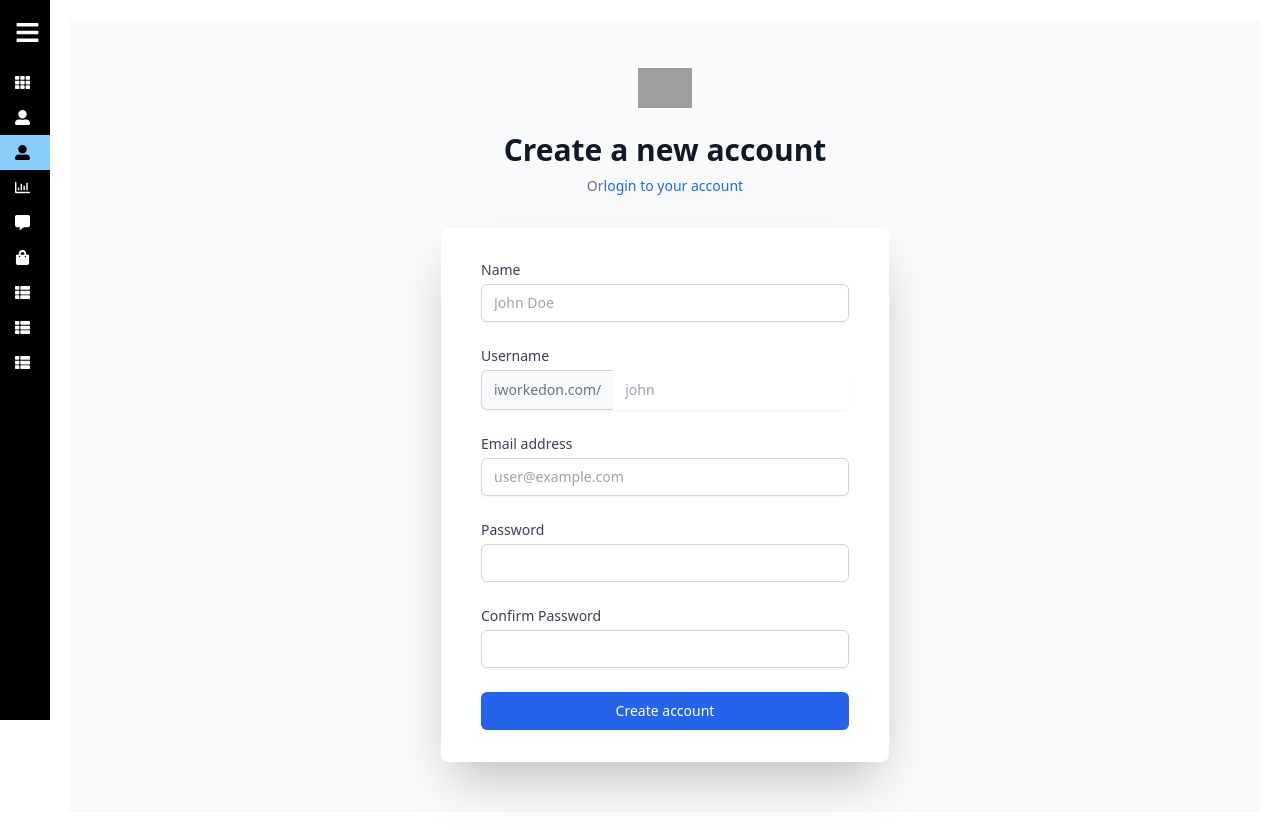
Repository: AndargWorku12/admin-dashboard
Page: /signup
An editor plug-in stored every save of this project. The page is shown before and after the next save, followed by the edit.
The browser window is 1280 px wide. The pictures show the whole page.
Pictures or frames that could not be fetched are drawn as grey boxes. The project was rebuilt for these pictures with package versions that can differ from the ones it lists, and the page was loaded fresh each time. Also part of the build but not shown: src/pages/Dashboard.tsx, src/pages/Orders.tsx, src/pages/Category.tsx, src/pages/Login.tsx, src/pages/Analytics.tsx, src/pages/CustemerReview.tsx, src/pages/ProductList.tsx, src/pages/ShopCard.tsx.

Above is the page before, as saved 2024-01-26 03:56:10.

### src/index.tsx
import { ColorModeScript } from "@chakra-ui/react"
import * as React from "react"
import * as ReactDOM from "react-dom/client"
import App from "./App"
import './index.css'

const container = document.getElementById("root")
if (!container) throw new Error('Failed to find the root element');
const root = ReactDOM.createRoot(container)

root.render(

  <React.StrictMode>
    <ColorModeScript />
    <App />
  </React.StrictMode>,

)

### src/components/Sidebar.tsx
import React, { useState } from 'react';
import ReactNode from "react";
import {
    FaTh,
    FaBars,
    FaUserAlt,
    FaRegChartBar,
    FaCommentAlt,
    FaShoppingBag,
    FaThList
} from 'react-icons/fa';
import { NavLink, NavLinkProps } from 'react-router-dom';



interface MenuItem {
    path: string;
    name: string;
    icon: JSX.Element;
}

interface SidebarProps {
  children: React.ReactNode;
}
    const Sidebar: React.FC<React.PropsWithChildren<{}>> = ({ children }) => {
    const [isOpen, setIsOpen] = useState(false);

    const toggle = () => setIsOpen(!isOpen);

    const menuItems: MenuItem[] = [
        {
            path: '/',
            name: 'Dashboard',
            icon: <FaTh />,
        },
        {
            path: '/login',
            name: 'Login',
            icon: <FaUserAlt />,
        },
        {
          path: '/signup',
          name: 'Register form',
          icon: <FaUserAlt />,
      },
        {
            path: '/analytics',
            name: 'Analytics',
            icon: <FaRegChartBar />,
        },
        {
            path: '/review',
            name: 'CustemerReview',
            icon: <FaCommentAlt />,
        },
        {
            path: '/product',
            name: 'Product',
            icon: <FaShoppingBag />,
        },
        {
            path: '/category',
            name: 'Category List',
            icon: <FaThList />,
        },
        {
          path: '/orders',
          name: 'Orders',
          icon: <FaThList />,
      },
      {
        path: '/shop',
        name: 'Sample product',
        icon: <FaThList />,
    },
    ];

    return (
        <div className="container">
            <div style={{ width: isOpen ? '200px' : '50px' }} className="sidebar">
                <div className="top_section">
                    <h1 style={{ display: isOpen ? 'block' : 'none' }} className="logo">
                        Logo
                    </h1>
                    <div style={{ marginLeft: isOpen ? '50px' : '0px' }} className="bars">
                        <FaBars onClick={toggle} />
                    </div>
                </div>
                {menuItems.map((item, index) => (
                    <NavLink to={item.path} key={index} className="link"
                    //  activeClassName="active"
                     >
                        <div className="icon">{item.icon}</div>
                        <div style={{ display: isOpen ? 'block' : 'none' }} className="link_text text-sm">
                            {item.name}
                        </div>
                    </NavLink>
                ))}
            </div>
            <main>{children}</main>
        </div>
    );
};

export default Sidebar;

### src/App.css
* {
    margin: 0;
    padding: 0;
    text-decoration: none;
}

.container {
    display: flex;
}

main {
    width: 100%;
    padding: 20px;
}

.sidebar {
    background: #000;
    color: #fff;
    height: 100vh;
    width: 200px;
    transition: all 0.5s;
}

.top_section {
    display: flex;
    align-items: center;
    padding: 20px 15px;
}

.logo {
    font-size: 30px;
}

.bars {
    display: flex;
    font-size: 25px;
    margin-left: 50px;
}

.link {
    display: flex;
    color: #fff;
    padding: 10px 15px;
    gap: 15px;
    transition: all 0.5s;
}

.link:hover {
    background: lightskyblue;
    color: #000;
    transition: all 0.5s;
}

.active {
    background: lightskyblue;
    color: #000;
}

.icon,
.link_text {
    font-size: 15px;
}

### src/pages/SignUpForm.tsx

import React from 'react';

const SignUp: React.FC = () => {
  return (
    <div className="min-h-screen bg-gray-50 flex flex-col justify-center py-12 sm:px-6 lg:px-8 shadow-sm">
      <div className="sm:mx-auto sm:w-full sm:max-w-md">
        <img
          className="mx-auto h-10 w-auto"
          src="https://www.svgrepo.com/show/301692/login.svg"
          alt="Workflow"
        />
        <h2 className="mt-6 text-center text-3xl leading-9 font-extrabold text-gray-900">
          Create a new account
        </h2>
        <p className="mt-2 text-center text-sm leading-5 text-gray-500 max-w">
          Or
          <a
            href="#"
            className="font-medium text-blue-600 hover:text-blue-500 focus:outline-none focus:underline transition ease-in-out duration-150"
          >
            login to your account
          </a>
        </p>
      </div>

      <div className="mt-8 sm:mx-auto sm:w-full sm:max-w-md">
        <div className="bg-white py-8 px-4 sm:rounded-lg sm:px-10 shadow-2xl">
          <form method="POST" action="#">
            <div>
              <label htmlFor="name" className="block text-sm font-medium leading-5 text-gray-700">
                Name
              </label>
              <div className="mt-1 relative rounded-md shadow-sm">
                <input
                  id="name"
                  name="name"
                  placeholder="John Doe"
                  type="text"
                  required
                  value=""
                  className="appearance-none block w-full px-3 py-2 border border-gray-300 rounded-md placeholder-gray-400 focus:outline-none focus:shadow-outline-blue focus:border-blue-300 transition duration-150 ease-in-out sm:text-sm sm:leading-5"
                />
                <div className="hidden absolute inset-y-0 right-0 pr-3 flex items-center pointer-events-none">
                  <svg className="h-5 w-5 text-red-500" fill="currentColor" viewBox="0 0 20 20">
                    <path
                      fillRule="evenodd"
                      d="M18 10a8 8 0 11-16 0 8 8 0 0116 0zm-7 4a1 1 0 11-2 0 1 1 0 012 0zm-1-9a1 1 0 00-1 1v4a1 1 0 102 0V6a1 1 0 00-1-1z"
                      clipRule="evenodd"
                    />
                  </svg>
                </div>
              </div>
            </div>

            <div className="mt-6">
              <label htmlFor="username" className="block text-sm font-medium leading-5 text-gray-700">
                Username
              </label>
              <div className="mt-1 flex rounded-md shadow-sm">
                <span className="inline-flex h-10 items-center px-3 rounded-l-md border border-r-0 border-gray-300 bg-gray-50 text-gray-500 sm:text-sm">
                  iworkedon.com/
                </span>
                <input
                  id="username"
                  name="username"
                  placeholder="john"
                  type="text"
                  required
                  value=""
                  className="flex-1 form-input pl-3 block w-full rounded-none rounded-r-md transition duration-150 ease-in-out sm:text-sm sm:leading-5"
                />
              </div>
            </div>

            <div className="mt-6">
              <label htmlFor="email" className="block text-sm font-medium leading-5 text-gray-700">
                Email address
              </label>
              <div className="mt-1 relative rounded-md shadow-sm">
                <input
                  id="email"
                  name="email"
                  placeholder="user@example.com"
                  type="email"
                  required
                  value=""
                  className="appearance-none block w-full px-3 py-2 border border-gray-300 rounded-md placeholder-gray-400 focus:outline-none focus:shadow-outline-blue focus:border-blue-300 transition duration-150 ease-in-out sm:text-sm sm:leading-5"
                />
                <div className="hidden absolute inset-y-0 right-0 pr-3 flex items-center pointer-events-none">
                  <svg className="h-5 w-5 text-red-500" fill="currentColor" viewBox="0 0 20 20">
                    <path
                      fillRule="evenodd"
                      d="M18 10a8 8 0 11-16 0 8 8 0 0116 0zm-7 4a1 1 0 11-2 0 1 1 0 012 0zm-1-9a1 1 0 00-1 1v4a1 1 0 102 0V6a1 1 0 00-1-1z"
                      clipRule="evenodd"
                    ></path>
                  </svg>
                </div>
              </div>
            </div>

            <div className="mt-6">
              <label htmlFor="password" className="block text-sm font-medium leading-5 text-gray-700">
                Password
              </label>
              <div className="mt-1 rounded-md shadow-sm">
                <input
                  id="password"
                  name="password"
                  type="password"
                  required
                  className="appearance-none block w-full px-3 py-2 border border-gray-300 rounded-md placeholder-gray-400 focus:outline-none focus:shadow-outline-blue focus:border-blue-300 transition duration-150 ease-in-out sm:text-sm sm:leading-5"
                />
              </div>
            </div>

            <div className="mt-6">
              <label
                htmlFor="password_confirmation"
                className="block text-sm font-medium leading-5 text-gray-700"
              >
                Confirm Password
              </label>
              <div className="mt-1 rounded-md shadow-sm">
                <input
                  id="password_confirmation"
                  name="password_confirmation"
                  type="password"
                  required
                  className="appearance-none block w-full px-3 py-2 border border-gray-300 rounded-md placeholder-gray-400 focus:outline-none focus:shadow-outline-blue focus:border-blue-300 transition duration-150 ease-in-out sm:text-sm sm:leading-5"
                />
              </div>
            </div>

            <div className="mt-6">
              <span className="block w-full rounded-md shadow-sm">
                <button
                  type="submit"
                  className="w-full flex justify-center py-2 px-4 border border-transparent text-sm font-medium rounded-md text-white bg-blue-600 hover:bg-blue-500 focus:outline-none focus:border-indigo-700 focus:shadow-outline-indigo active:bg-indigo-700 transition duration-150 ease-in-out"
                >
                  Create account
                </button>
              </span>
            </div>
          </form>
        </div>
      </div>
    </div>
  );
};

export default SignUp;



// import React from 'react';

// const SignUpForm: React.FC = () => {
//   return (
//     <div className="px-80 pt-40">

//     <div className="w-96 backdrop-blur-lg bg-opacity-80 rounded-lg shadow-lg p-5 bg-gray-900 text-white">
//       <h2 className="text-2xl font-bold pb-5">SignUp</h2>
//       <form>
//         <div className="mb-4">
//           <label htmlFor="name" className="block mb-2 text-sm font-medium">
//             Your name
//           </label>
//           <input
//             type="text"
//             id="name"
//             className="bg-gray-100 border border-gray-300 text-gray-900 text-sm rounded-lg focus:ring-2 focus:ring-blue-500 focus:border-blue-500 w-full py-2.5 px-4"
//             placeholder="Andrew Jackson"
//             required
//             value=""
//           />
//         </div>
//         <div className="mb-4">
//           <label htmlFor="email" className="block mb-2 text-sm font-medium">
//             Your email
//           </label>
//           <input
//             type="email"
//             id="email"
//             className="bg-gray-100 border border-gray-300 text-gray-900 text-sm rounded-lg focus:ring-2 focus:ring-blue-500 focus:border-blue-500 w-full py-2.5 px-4"
//             placeholder="andrew@mail.com"
//             required
//             value=""
//           />
//         </div>
//         <div className="mb-4">
//           <label htmlFor="password" className="block mb-2 text-sm font-medium">
//             Your password
//           </label>
//           <input
//             type="password"
//             id="password"
//             className="bg-gray-100 border border-gray-300 text-gray-900 text-sm rounded-lg focus:ring-2 focus:ring-blue-500 focus:border-blue-500 w-full py-2.5 px-4"
//             placeholder="*********"
//             required
//             value=""
//           />
//         </div>
//         <div>
//           <p className="text-red-500 pb-5"></p>
//         </div>
//         <div className="flex items-center justify-between mb-4">
//           <button
//             type="submit"
//             className="text-white bg-purple-600 hover:bg-purple-700 focus:ring-2 focus:ring-blue-300 font-medium rounded-lg text-sm py-2.5 px-5 w-full sm:w-auto"
//           >
//             Register
//           </button>
//           <div className="flex items-center text-sm">
//             <p>Already have an account?</p>
//             <p className="underline cursor-pointer ml-1">Sign in</p>
//           </div>
//         </div>
//       </form>
//     </div>
//     </div>
//   );
// };

// export default SignUpForm;













// // import React from 'react';

// // const Signup: React.FC = () => {
// //   return (
// //     <div className="min-h-screen bg-gray-50 flex flex-col justify-center py-12 sm:px-6 lg:px-8">
// //       <div className="sm:mx-auto sm:w-full sm:max-w-md">
// //         <img
// //           className="mx-auto h-10 w-auto"
// //           src="https://www.svgrepo.com/show/301692/login.svg"
// //           alt="Workflow"
// //         />
// //         <h2 className="mt-6 text-center text-3xl leading-9 font-extrabold text-gray-900">
// //           Create a new account
// //         </h2>
// //         <p className="mt-2 text-center text-sm leading-5 text-gray-500 max-w">
// //           Or
// //           <a
// //             href="#"
// //             className="font-medium text-blue-600 hover:text-blue-500 focus:outline-none focus:underline transition ease-in-out duration-150"
// //           >
// //             login to your account
// //           </a>
// //         </p>
// //       </div>

// //       <div className="mt-8 sm:mx-auto sm:w-full sm:max-w-md">
// //         <div className="bg-white py-8 px-4 shadow sm:rounded-lg sm:px-10">
// //           <form method="POST" action="#">
// //             <div>
// //               <label htmlFor="name" className="block text-sm font-medium leading-5 text-gray-700">
// //                 Name
// //               </label>
// //               <div className="mt-1 relative rounded-md shadow-sm">
// //                 <input
// //                   id="name"
// //                   name="name"
// //                   placeholder="John Doe"
// //                   type="text"

// //                   value=""
// //                   className="appearance-none block w-full px-3 py-2 border border-gray-300 rounded-md placeholder-gray-400 focus:outline-none focus:shadow-outline-blue focus:border-blue-300 transition duration-150 ease-in-out sm:text-sm sm:leading-5"
// //                 />
// //                 <div className="hidden absolute inset-y-0 right-0 pr-3 flex items-center pointer-events-none">
// //                   <svg className="h-5 w-5 text-red-500" fill="currentColor" viewBox="0 0 20 20">
// //                     <path
// //                       fillRule="evenodd"
// //                       d="M18 10a8 8 0 11-16 0 8 8 0 0116 0zm-7 4a1 1 0 11-2 0 1 1 0 012 0zm-1-9a1 1 0 00-1 1v4a1 1 0 102 0V6a1 1 0 00-1-1z"
// //                       clipRule="evenodd"
// //                     ></path>
// //                   </svg>
// //                 </div>
// //               </div>
// //             </div>

// //             <div className="mt-6">
// //               <label htmlFor="username" className="block text-sm font-medium leading-5 text-gray-700">
// //                 Username
// //               </label>
// //               <div className="mt-1 flex rounded-md shadow-sm">
// //                 <span className="inline-flex h-10 items-center px-3 rounded-l-md border border-r-0 border-gray-300 bg-gray-50 text-gray-500 sm:text-sm">
// //                   iworkedon.com/
// //                 </span>
// //                 <input
// //                   id="username"
// //                   name="username"
// //                   placeholder="john"
// //                   type="text"

// //                   value=""
// //                   className="flex-1 form-input pl-3 block w-full rounded-none rounded-r-md transition duration-150 ease-in-out sm:text-sm sm:leading-5"
// //                 />
// //               </div>
// //             </div>

// //             <div className="mt-6">
// //               <label htmlFor="email" className="block text-sm font-medium leading-5 text-gray-700">
// //                 Email address
// //               </label>
// //               <div className="mt-1 relative rounded-md shadow-sm">
// //                 <input
// //                   id="email"
// //                   name="email"
// //                   placeholder="user@example.com"
// //                   type="email"

// //                   value=""
// //                   className="appearance-none block w-full px-3 py-2 border border-gray-300 rounded-md placeholder-gray-400 focus:outline-none focus:shadow-outline-blue focus:border-blue-300 transition duration-150 ease-in-out sm:text-sm sm:leading-5"
// //                 />
// //                 <div className="hidden absolute inset-y-0 right-0 pr-3 flex items-center pointer-events-none">
// //                   <svg className="h-5 w-5 text-red-500" fill="currentColor" viewBox="0 0 20 20">
// //                     <path
// //                       fillRule="evenodd"
// //                       d="M18 10a8 8 0 11-16 0 8 8 0 0116 0zm-7 4a1 1 0 11-2 0 1 1 0 012 0zm-1-9a1 1 0 00-1 1v4a1 1 0 102 0V6a1 1 0 00-1-1z"
// //                       clipRule="evenodd"
// //                     ></path>
// //                   </svg>
// //                 </div>
// //               </div>
// //             </div>

// //             <div className="mt-6">
// //               <label htmlFor="password" className="block text-sm font-medium leading-5 text-gray-700">
// //                 Password
// //               </label>
// //               <div className="mt-1 rounded-md shadow-sm">
// //                 <input
// //                   id="password"
// //                   name="password"
// //                   type="password"

// //                   className="appearance-none block w-full px-3 py-2 border border-gray-300 rounded-md placeholder-gray-400 focus:outline-none focus:shadow-outline-blue focus:border-blue-300 transition duration-150 ease-in-out sm:text-sm sm:leading-5"
// //                 />
// //               </div>
// //             </div>

// //             <div className="mt-6">
// //               <label htmlFor="password_confirmation" className="block text-sm font-medium leading-5 text-gray-700">
// //                 Confirm Password
// //               </label>
// //               <div className="mt-1 rounded-md shadow-sm">
// //                 <input
// //                   id="password_confirmation"
// //                   name="password_confirmation"
// //                   type="password"

// //                   className="appearance-none block w-full px-3 py-2 border border-gray-300 rounded-md placeholder-gray-400 focus:outline-none focus:shadow-outline-blue focus:border-blue-300 transition duration-150 ease-in-out sm:text-sm sm:leading-5"
// //                 />
// //               </div>
// //             </div>

// //             <div className="mt-6">
// //               <span className="block w-full rounded-md shadow-sm">
// //                 <button
// //                   type="submit"
// //                   className="w-full flex justify-center py-2 px-4 border border-transparent text-sm font-medium rounded-md text-white bg-blue-600 hover:bg-blue-500 focus:outline-none focus:border-indigo-700 focus:shadow-outline-indigo active:bg-indigo-700 transition duration-150 ease-in-out"
// //                 >
// //                   Create account
// //                 </button>
// //               </span>
// //             </div>
// //           </form>
// //         </div>
// //       </div>
// //     </div>
// //   );
// // };

// // export default Signup;

Loaded but not shown: public/index.html (common file); src/index.css (common file); tailwind.config.js (common file); src/App.tsx (333 lines, source omitted)

After the next save:
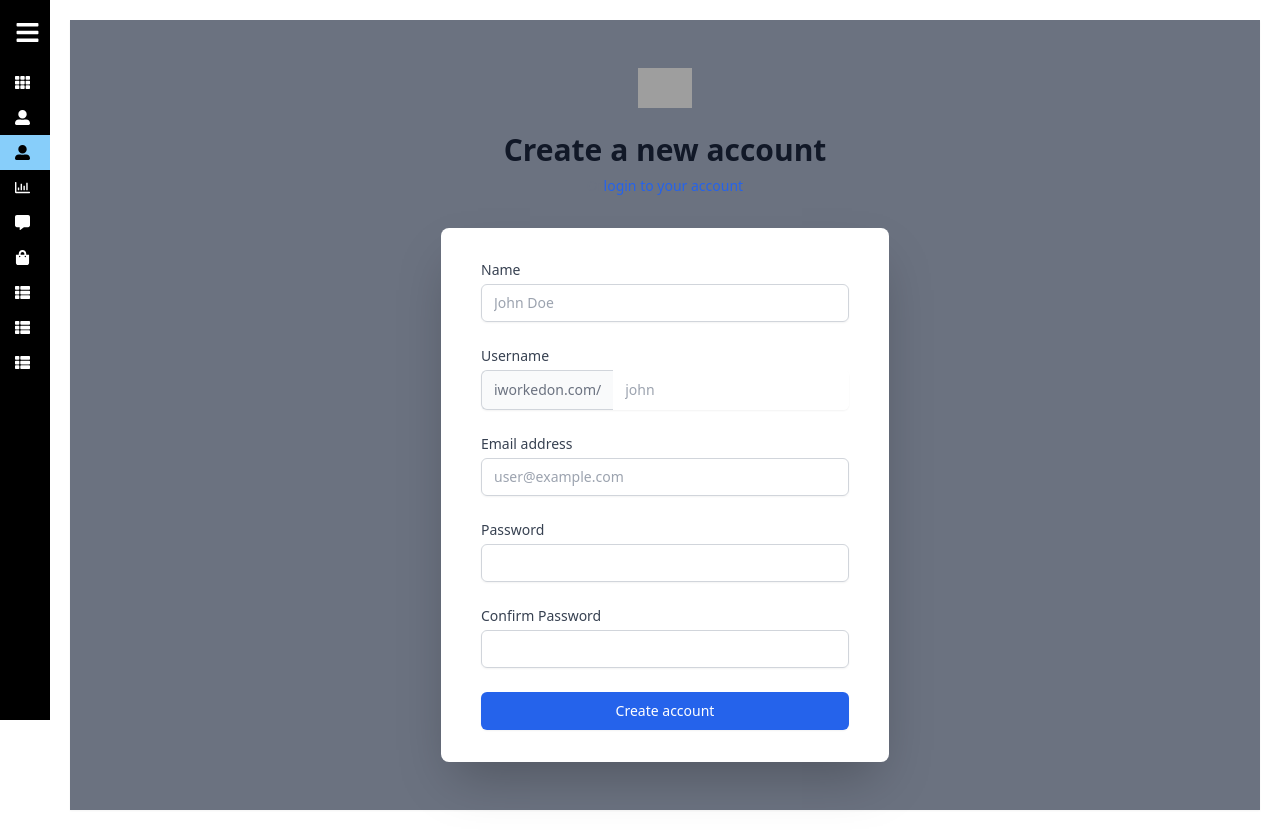
Saved 48 s later.
--- a/src/pages/SignUpForm.tsx
+++ b/src/pages/SignUpForm.tsx
@@ -3,7 +3,7 @@ import React from 'react';
 
 const SignUp: React.FC = () => {
   return (
-    <div className="min-h-screen bg-gray-50 flex flex-col justify-center py-12 sm:px-6 lg:px-8 shadow-sm">
+    <div className="min-h-screen bg-gray-500 flex flex-col justify-center py-12 sm:px-6 lg:px-8 shadow-sm">
       <div className="sm:mx-auto sm:w-full sm:max-w-md">
         <img
           className="mx-auto h-10 w-auto"
